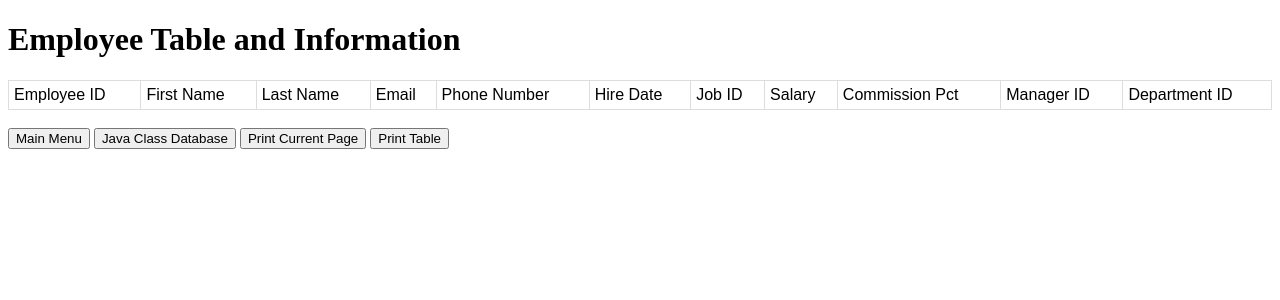
Repository: cohen-e/Demo_Project
Page: http://localhost/Demo_Project/Database.jsp
These files come from the project's save history. The page is drawn as it stood at one moment and after the next save; the edit follows.
The browser window is 1280 px wide. The pictures show the whole page.
The page is served by Tomcat 9. The session is filled in as if someone had signed in: {"user": "testuser", "id": 1}. Other server files are loaded and not shown. Queries for data that is not in the repository find no rows.

Above is the page before, as saved 2018-07-02 13:32:28.

### Demo_Project/WebContent/Database.jsp
<!DOCTYPE html>
<%@ page language="java" contentType="text/html; charset=ISO-8859-1"
    pageEncoding="ISO-8859-1"%>
<%@page import="java.sql.ResultSet" %>
<%@page import="com.example.Employees_Connection" %>

<html>
<head>
<title>Employees Table</title>
	<link rel="stylesheet" href="css/database.css" type="text/css"/>
  <script src="https://code.jquery.com/jquery-1.12.4.min.js"></script>

  <script src="js/jquery-paginate.js"></script>
<%
		if(session.getAttribute("user") == null)
			response.sendRedirect("Login.jsp");

%>

</head>
<body>
 	<H1>Employee Table and Information</H1>
 	<%
 		Employees_Connection ts = new Employees_Connection();
 		ResultSet rs = ts.getRS();
     %>
     <%
     String print = request.getParameter("yes_to_print");
     if(print != null && print.toString().equalsIgnoreCase("YES")){
     response.setContentType("application/vnd.ms-excel");
     response.setHeader("Content-Disposition", "inline; filename=excel.xls");
     }
     %>
      <table id ='myTable'>
			<thead>
            <tr>
                <TD>Employee ID</TD>
                <TD>First Name</TD>
                <TD>Last Name</TD>
                <TD>Email</TD>
                <TD>Phone Number</TD>
                <TD>Hire Date</TD>
                <TD>Job ID</TD>
                <TD>Salary</TD>
                <TD>Commission Pct</TD>
                <TD>Manager ID</TD>
                <TD>Department ID</TD>

            </tr>
			</thead>
			<tbody>
			<TR>
			<% while (rs.next()){%>
			 	 <TD> <%= rs.getString(1) %></td>
			     <TD> <%= rs.getString(2) %></td>
                 <TD> <%= rs.getString(3) %></td>
                 <TD> <%= rs.getString(4) %></td>
                 <TD> <%= rs.getString(5) %></td>
                 <TD> <%= rs.getString(6) %></td>
                 <TD> <%= rs.getString(7) %></td>
                 <TD> <%= rs.getString(8) %></td>
                 <TD> <%= rs.getString(9) %></td>
                 <TD> <%= rs.getString(10) %></td>
                 <TD> <%= rs.getString(11) %></td></TR>
			 <% } %>

	</tbody>
	</table>

<script>
$('#myTable').paginate({
    limit: 10,
    onSelect: function(obj, page) {
      console.log('Page ' + page + ' selected!' );
    }
  });
</script>



<br/>
<button type="button" onclick="location.href= '/Demo_Project/myJsp.jsp';">Main Menu</button>
<button type="button" onclick="location.href= '/Demo_Project/TestDatabase';">Java Class Database</button>
<button type="button" onclick="window.print();">Print Current Page</button>
<a href="Database.jsp?yes_to_print=YES"><button>Print Table</button></a>
</body>
</html>

### Demo_Project/src/com/example/Employees_Connection.java
package com.example;

import java.sql.*;

public class Employees_Connection {

private ResultSet rs;
	private int total;

	protected void connection () throws SQLException, ClassNotFoundException {
		Class.forName("oracle.jdbc.driver.OracleDriver");
		Connection connection = DriverManager.getConnection(
	 			"jdbc:oracle:thin:@192.168.200.10:1521:orcl", "coel09 as sysdba", "angang08");
	 	 	Statement statement = connection.createStatement();
	 	 	rs = statement.executeQuery("select * from coel09.employees");

	}

	public ResultSet getRS () throws ClassNotFoundException, SQLException {
		connection();
		return this.rs;

	}
	public int total() throws ClassNotFoundException, SQLException {
		connection();
		while(this.rs.next()) {
			total = total +1;
		}
		return this.total;

	}
}

### Demo_Project/WebContent/css/database.css
table {
    font-family: arial;
    border-collapse: collapse;
    width: 100%;
}
td, th, tr {
    border: 1px solid #dddddd;
    text-align: left;
    padding: 5px;
	}
.page-navigation a {
  margin: 0 2px;
  display: inline-block;
  padding: 3px 5px;
  color: black;
  background-color: none;
  border-radius: 5px;
  text-decoration: none;
  font-weight: bold;
}

.page-navigation a[data-selected] {
  background-color: #4CAF50;
  color: white;

}
.page-navigation a:hover:not(.active) {background-color: #ddd; }

Loaded but not shown: Demo_Project/WebContent/js/jquery-paginate.js (library)

After the next save:
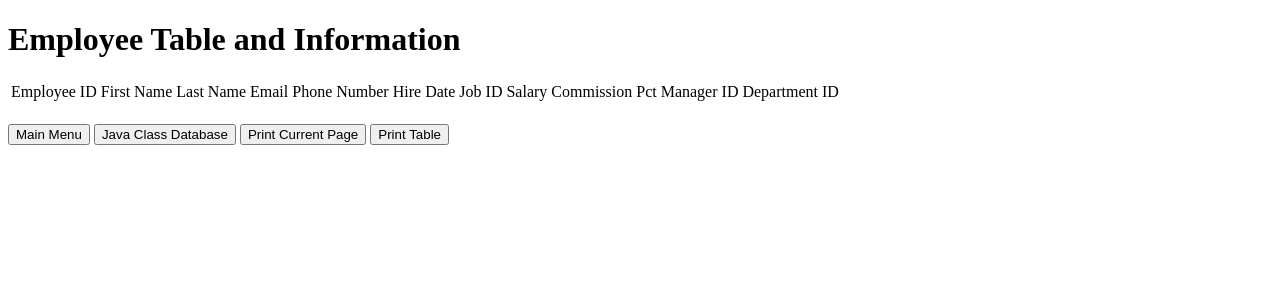
Saved 3 min 31 s later.
--- a/Demo_Project/WebContent/Database.jsp
+++ b/Demo_Project/WebContent/Database.jsp
@@ -1,87 +1,97 @@
 <!DOCTYPE html>
 <%@ page language="java" contentType="text/html; charset=ISO-8859-1"
-    pageEncoding="ISO-8859-1"%>
-<%@page import="java.sql.ResultSet" %>
-<%@page import="com.example.Employees_Connection" %>
+	pageEncoding="ISO-8859-1"%>
+<%@page import="java.sql.ResultSet"%>
+<%@page import="com.example.Employees_Connection"%>
 
 <html>
 <head>
 <title>Employees Table</title>
-	<link rel="stylesheet" href="css/database.css" type="text/css"/>
-  <script src="https://code.jquery.com/jquery-1.12.4.min.js"></script>
+<!-- <link rel="stylesheet" href="css/database.css" type="text/css"/>-->
 
-  <script src="js/jquery-paginate.js"></script>
+<script src="https://code.jquery.com/jquery-1.12.4.min.js"></script>
+
+<script src="js/jquery-paginate.js"></script>
 <%
-		if(session.getAttribute("user") == null)
-			response.sendRedirect("Login.jsp");
-
+	if (session.getAttribute("user") == null)
+		response.sendRedirect("Login.jsp");
 %>
 
 </head>
 <body>
- 	<H1>Employee Table and Information</H1>
- 	<%
- 		Employees_Connection ts = new Employees_Connection();
- 		ResultSet rs = ts.getRS();
-     %>
-     <%
-     String print = request.getParameter("yes_to_print");
-     if(print != null && print.toString().equalsIgnoreCase("YES")){
-     response.setContentType("application/vnd.ms-excel");
-     response.setHeader("Content-Disposition", "inline; filename=excel.xls");
-     }
-     %>
-      <table id ='myTable'>
-			<thead>
-            <tr>
-                <TD>Employee ID</TD>
-                <TD>First Name</TD>
-                <TD>Last Name</TD>
-                <TD>Email</TD>
-                <TD>Phone Number</TD>
-                <TD>Hire Date</TD>
-                <TD>Job ID</TD>
-                <TD>Salary</TD>
-                <TD>Commission Pct</TD>
-                <TD>Manager ID</TD>
-                <TD>Department ID</TD>
+	<H1>Employee Table and Information</H1>
+	<%
+		Employees_Connection ts = new Employees_Connection();
+		ResultSet rs = ts.getRS();
+	%>
+	<%
+		String print = request.getParameter("yes_to_print");
+		if (print != null && print.toString().equalsIgnoreCase("YES")) {
+			response.setContentType("application/vnd.ms-excel");
+			response.setHeader("Content-Disposition", "inline; filename=excel.xls");
+		}
+	%>
+	<table id='myTable'>
+		<thead>
+			<tr>
+				<TD>Employee ID</TD>
+				<TD>First Name</TD>
+				<TD>Last Name</TD>
+				<TD>Email</TD>
+				<TD>Phone Number</TD>
+				<TD>Hire Date</TD>
+				<TD>Job ID</TD>
+				<TD>Salary</TD>
+				<TD>Commission Pct</TD>
+				<TD>Manager ID</TD>
+				<TD>Department ID</TD>
 
-            </tr>
-			</thead>
-			<tbody>
+			</tr>
+		</thead>
+		<tbody>
 			<TR>
-			<% while (rs.next()){%>
-			 	 <TD> <%= rs.getString(1) %></td>
-			     <TD> <%= rs.getString(2) %></td>
-                 <TD> <%= rs.getString(3) %></td>
-                 <TD> <%= rs.getString(4) %></td>
-                 <TD> <%= rs.getString(5) %></td>
-                 <TD> <%= rs.getString(6) %></td>
-                 <TD> <%= rs.getString(7) %></td>
-                 <TD> <%= rs.getString(8) %></td>
-                 <TD> <%= rs.getString(9) %></td>
-                 <TD> <%= rs.getString(10) %></td>
-                 <TD> <%= rs.getString(11) %></td></TR>
-			 <% } %>
+				<%
+					while (rs.next()) {
+				%>
+				<TD><%=rs.getString(1)%></td>
+				<TD><%=rs.getString(2)%></td>
+				<TD><%=rs.getString(3)%></td>
+				<TD><%=rs.getString(4)%></td>
+				<TD><%=rs.getString(5)%></td>
+				<TD><%=rs.getString(6)%></td>
+				<TD><%=rs.getString(7)%></td>
+				<TD><%=rs.getString(8)%></td>
+				<TD><%=rs.getString(9)%></td>
+				<TD><%=rs.getString(10)%></td>
+				<TD><%=rs.getString(11)%></td>
+			</TR>
+			<%
+				}
+			%>
 
-	</tbody>
+		</tbody>
 	</table>
 
-<script>
-$('#myTable').paginate({
-    limit: 10,
-    onSelect: function(obj, page) {
-      console.log('Page ' + page + ' selected!' );
-    }
-  });
-</script>
+	<script>
+		$('#myTable').paginate({
+			limit : 10,
+			onSelect : function(obj, page) {
+				console.log('Page ' + page + ' selected!');
+			}
+		});
+	</script>
 
 
 
-<br/>
-<button type="button" onclick="location.href= '/Demo_Project/myJsp.jsp';">Main Menu</button>
-<button type="button" onclick="location.href= '/Demo_Project/TestDatabase';">Java Class Database</button>
-<button type="button" onclick="window.print();">Print Current Page</button>
-<a href="Database.jsp?yes_to_print=YES"><button>Print Table</button></a>
+	<br />
+	<button type="button"
+		onclick="location.href= '/Demo_Project/myJsp.jsp';">Main Menu</button>
+	<button type="button"
+		onclick="location.href= '/Demo_Project/TestDatabase';">Java
+		Class Database</button>
+	<button type="button" onclick="window.print();">Print Current
+		Page</button>
+	<a href="Database.jsp?yes_to_print=YES"><button>Print
+			Table</button></a>
 </body>
 </html>

After the save that followed:
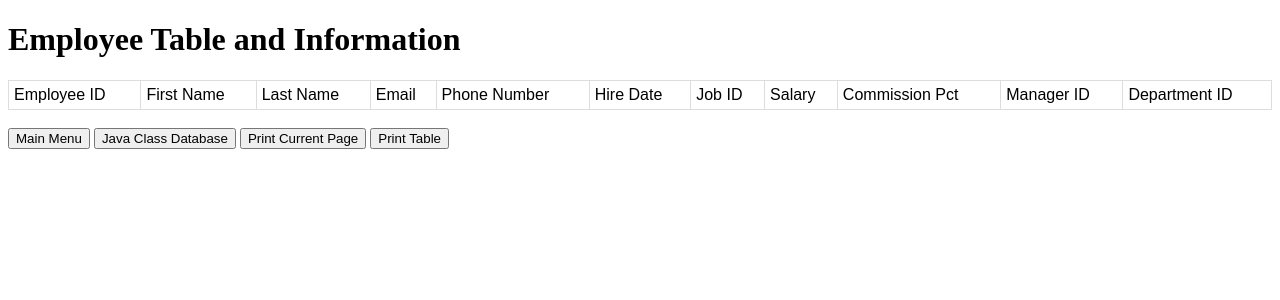
Saved 12 s later.
--- a/Demo_Project/WebContent/Database.jsp
+++ b/Demo_Project/WebContent/Database.jsp
@@ -5,6 +5,39 @@
 <%@page import="com.example.Employees_Connection"%>
 
 <html>
+<style type="text/css">
+table {
+	font-family: arial;
+	border-collapse: collapse;
+	width: 100%;
+}
+
+td, th, tr {
+	border: 1px solid #dddddd;
+	text-align: left;
+	padding: 5px;
+}
+
+.page-navigation a {
+	margin: 0 2px;
+	display: inline-block;
+	padding: 3px 5px;
+	color: black;
+	background-color: none;
+	border-radius: 5px;
+	text-decoration: none;
+	font-weight: bold;
+}
+
+.page-navigation a[data-selected] {
+	background-color: #4CAF50;
+	color: white;
+}
+
+.page-navigation a:hover:not (.active ) {
+	background-color: #ddd;
+}
+</style>
 <head>
 <title>Employees Table</title>
 <!-- <link rel="stylesheet" href="css/database.css" type="text/css"/>-->
